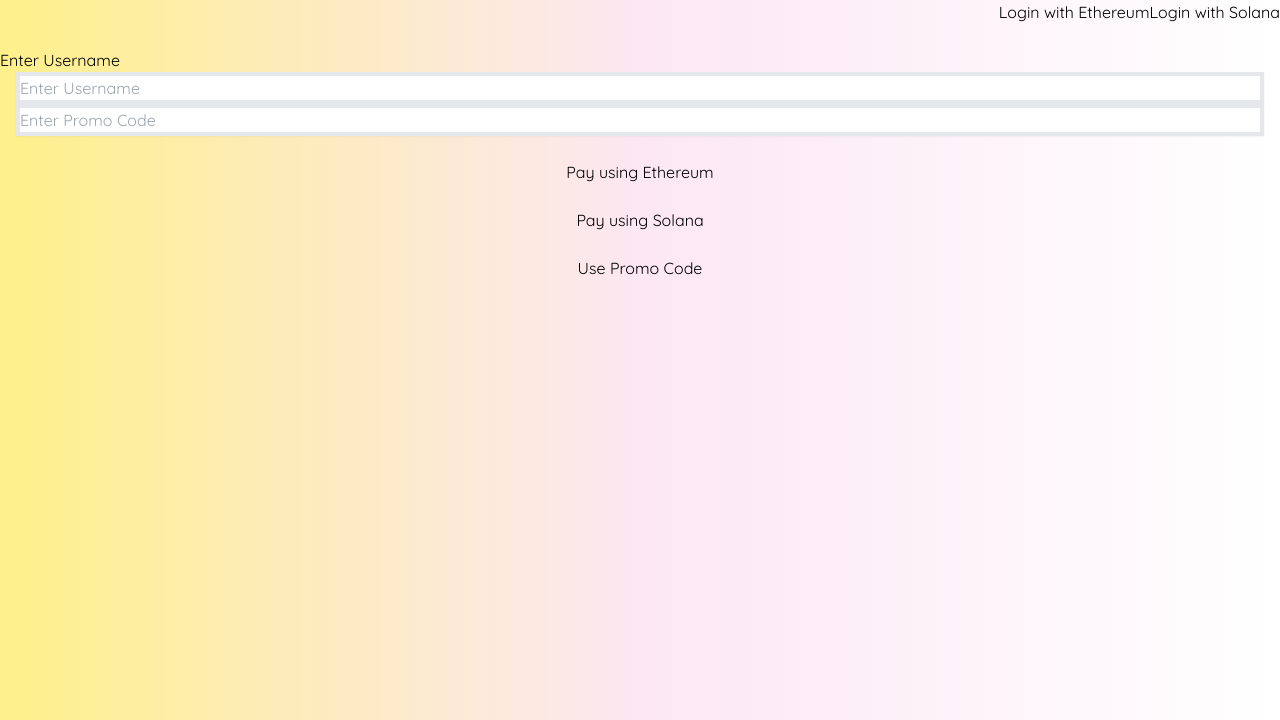
Repository: 22shivam/Polychain
Page: / (app in frontend/)
These files come from the project's save history. The page is drawn as it stood at one moment and after the next save; the edit follows.
The browser window is 1280 px wide. The pictures show the whole page.
The page's requests for data from a server got no answer. The project was rebuilt for these pictures with package versions that can differ from the ones it lists, and the page was loaded fresh each time. The framework's server and built-in components were replaced by stand-ins that run in the browser. No one was signed in, and anything a server would have sent is missing. Also part of the build but not shown: frontend/next.config.js.

Above is the page before, as saved 2022-01-01 11:38:43.

### frontend/pages/_app.js
import React from 'react';
import '../styles/globals.css'
import { useState, createContext } from 'react';

const UserContext = createContext({
  userAccount: "",
  setUserAccount: () => { }
});

function MyApp({ Component, pageProps }) {
  const [userAccount, setUserAccount] = useState({});
  const value = { userAccount, setUserAccount };
  console.log(userAccount)


  return (
    <UserContext.Provider value={value}>
      <Component {...pageProps} />
    </UserContext.Provider>
  )
}

export default MyApp
export { UserContext };

### frontend/pages/_document.js
import Document, { Html, Head, Main, NextScript } from 'next/document'

class MyDocument extends Document {
    render() {
        return (
            <Html>
                <Head>
                    <link rel="preconnect" href="https://fonts.googleapis.com" />
                    <link rel="preconnect" href="https://fonts.gstatic.com" crossorigin />
                    <link href="https://fonts.googleapis.com/css2?family=Quicksand:wght@300;400;500;600;700&display=swap" rel="stylesheet" />
                </Head>
                <body className='bg-gradient-to-r from-yellow-200 via-pink-100 to-pink-250'>
                    <Main />
                    <NextScript />
                </body>
            </Html>
        )
    }
}

export default MyDocument

### frontend/pages/index.js
import { useState, useEffect, useContext } from "react";
import transferSOL from "../lib/transferSol";
import transferEth from "../lib/transferEth";
import createPostRequest from "../lib/createPostRequest";
import { ethers } from "ethers";
import Link from 'next/link'
import getSolanaProvider from "../lib/getSolanaProvider";
import { UserContext } from "./_app";
import * as web3 from "@solana/web3.js";

export default function App() {
    console.log("rerendering")
    const [username, setUsername] = useState("")
    const [promoCode, setPromoCode] = useState("");
    const { userAccount, setUserAccount } = useContext(UserContext);

    const handleLogout = async () => {
        console.log(userAccount.blockchain)
        if (userAccount.blockchain == "sol") {
            window.solana.disconnect()
        }
        const response = await fetch("http://localhost:3001/logout", {
            credentials: 'include'
        })

        const processedResponse = await response.json()
        console.log(processedResponse)
        setUserAccount({})
    }

    useEffect(() => {
        // ask them to login either through solana or eth
        (async () => {
            console.log("fetching username details")
            const response = await fetch("http://localhost:3001/isLoggedIn", {
                credentials: 'include'
            })
            const processedResponse = await response.json()
            console.log("processedResponse", processedResponse)
            if (!processedResponse.isLoggedIn) {
                return console.log("please login first")
            } else {
                setUserAccount({ address: processedResponse.address, blockchain: processedResponse.blockchain })
            }
        })()
    }, [])

    useEffect(() => {
        if (window.ethereum) {
            window.ethereum.on('accountsChanged', handleLogout);
        }
        if (window.solana) {
            window.solana.on("disconnect", handleLogout)
        }
        return () => {
            if (window.ethereum) {
                window.ethereum.removeListener('accountsChanged', handleLogout);
            }
            if (window.solana) {
                window.solana.removeListener("disconnect", handleLogout);
            }
        }
    }, [])

    const registerUsingPromoCode = async (e) => {

        if (!window.ethereum)
            throw new Error("No Ethereum Crypto wallet found. Please install it.");
        // await window.ethereum.send("eth_requestAccounts");
        // const accounts = await window.ethereum.request({ method: 'eth_accounts' });
        if (!userAccount.address) {
            // ask them to login either through solana or eth
            return console.log("please login first")
        }

        const requestObject = {
            username,
            promoCode,
            address: userAccount.address,
            blockchain: userAccount.blockchain
        }

        try {
            const registrationResponse = await createPostRequest("http://localhost:3001/register/promo", requestObject)
            console.log(registrationResponse)
        } catch (err) { console.log("registration failed:", err) }

    }

    const registerUsingSolana = async (e) => {
        const coinbaseResponse = await fetch("https://api.coinbase.com/v2/exchange-rates")
        const data = await coinbaseResponse.json()
        const solPerUSD = data.data.rates.SOL
        const SOLpayValue = solPerUSD * 5
        const hash = await transferSOL(SOLpayValue, "AA6bqLgTzYPpFFH2R9XLdudibWcemLkKDRtZmPQEsEiS", setUserAccount);
        if (!hash) { return }

        const requestObject = {
            hash,
            username
        }

        try {
            const registrationResponse = await createPostRequest("http://localhost:3001/register/sol", requestObject)
            console.log(registrationResponse)
        } catch (err) { console.log("registration failed:", err) }


    }

    const registerUsingEthereum = async (e) => {
        // make get request to https://api.coinbase.com/v2/exchange-rates
        // get the USD value of ETH
        const coinbaseResponse = await fetch("https://api.coinbase.com/v2/exchange-rates")
        const data = await coinbaseResponse.json()
        const ethPerUSD = data.data.rates.ETH
        const ETHpayValue = ethPerUSD * 5

        const tx = await transferEth({
            ether: ETHpayValue.toString(),
            addr: "0x76aEB5092D8eabCec324Be739b8BA5dF473F0055"
        }, setUserAccount)
        if (!tx) { return }

        const requestObject = {
            tx,
            username
        }
        try {
            const registrationResponse = await createPostRequest("http://localhost:3001/register/eth", requestObject)
            console.log(registrationResponse)
        } catch (err) { console.log("registration failed:", err) }
    }

    const ethLogin = async (e) => {
        try {
            if (!window.ethereum)
                throw new Error("No Ethereum Crypto wallet found. Please install it.");
            // await window.ethereum.send("eth_requestAccounts");
            // const accounts = await window.ethereum.request({ method: 'eth_accounts' });
            const accounts = await window.ethereum.request({
                method: "wallet_requestPermissions",
                params: [{
                    eth_accounts: {}
                }]
            }).then(() => ethereum.request({
                method: 'eth_requestAccounts'
            }))
            // const accounts = await ethereum.request({ method: "eth_requestAccounts" })
            const provider = new ethers.providers.Web3Provider(window.ethereum);
            const signer = provider.getSigner();
            const message = `Logging in.... \n \n Random ID: ${Math.random().toString(36).slice(2)}`
            const signature = await signer.signMessage(message)
            const requestObject = {
                signature,
                message,
                address: accounts[0]
            }
            const loginResponse = await createPostRequest("http://localhost:3001/login/eth", requestObject)

            if (loginResponse.success) {
                setUserAccount({ address: accounts[0], blockchain: "eth" })
            }

            console.log(loginResponse)
        } catch (err) { console.log(err) }

    }

    const solLogin = async (e) => {
        try {
            const provider = await (async () => {
                if ("solana" in window) {
                    // await window.solana.request({ method: "disconnect" });
                    await window.solana.connect();
                    const provider = window.solana;
                    console.log("Is Phantom installed?  ", provider.isPhantom);
                    return provider
                } else {
                    window.open("https://www.phantom.app/", "_blank");
                }
            })()
            const message = `Logging in.... \n \n Random ID: ${Math.random().toString(36).slice(2)}`
            const encodedMessage = new TextEncoder().encode(message);
            const signedMessage = await window.solana.signMessage(encodedMessage, "utf8")
            console.log(JSON.parse(JSON.stringify(signedMessage.publicKey)).toString())
            console.log(signedMessage.publicKey.toBase58()) // returns publickey in base58.
            console.log(new web3.PublicKey(signedMessage.publicKey.toBase58()))
            console.log(Object.getPrototypeOf(signedMessage.publicKey))
            console.log(signedMessage.publicKey)
            console.log(signedMessage.publicKey)
            console.log(signedMessage.publicKey._bn)
            console.log(signedMessage)
            console.log(JSON.stringify(signedMessage))


            const requestObject = {
                signedMessage: signedMessage,
                message,
                address: signedMessage.publicKey.toBytes(),
                publicKey: signedMessage.publicKey.toBase58()

            }
            const loginResponse = await createPostRequest("http://localhost:3001/login/sol", requestObject)

            if (loginResponse.success) {
                setUserAccount({ address: signedMessage.publicKey.toString(), blockchain: "sol" })
            }

            console.log(loginResponse)
        } catch (err) { console.log(err) }
    }


    return (
        <div className="flex flex-col">
            <div className="flex flex-row" id="nav_bar">
                <div className="grow-0" id="left_nav_bar"> </div>
                <div className="grow" id="spacer">  </div>
                <div className="grow-0" id="right_nav_bar">
                    {userAccount.address ?
                        <div>
                            <h1><Link href="/dashboard">Dashboard</Link></h1>
                            <button onClick={handleLogout}>Logout</button>
                        </div>
                        : (
                            <div>
                                <button onClick={ethLogin}>Login with Ethereum</button>
                                <button onClick={solLogin}>Login with Solana</button>

                            </div>
                        )}


                </div>
            </div>

            <br />
            <h1> Enter Username </h1>
            <input value={username} onChange={(e) => { setUsername(e.target.value) }} className="shadow-sm mr-4 ml-4 border-4" name="ether" type="text" placeholder="Enter Username" />
            <input value={promoCode} onChange={(e) => { setPromoCode(e.target.value) }} className="shadow-sm mr-4 ml-4 border-4" name="ether" type="text" placeholder="Enter Promo Code" />
            <br />
            <button onClick={registerUsingEthereum}>Pay using Ethereum</button>
            <br />
            <button onClick={registerUsingSolana}>Pay using Solana</button>
            <br />
            <button onClick={registerUsingPromoCode}>Use Promo Code</button>
        </div>

    );
}

### frontend/styles/globals.css
@tailwind base;
@tailwind components;
@tailwind utilities;

html,
body {
  padding: 0;
  margin: 0;
  font-family: Quicksand, -apple-system, BlinkMacSystemFont, Segoe UI, Roboto, Oxygen,
    Ubuntu, Cantarell, Fira Sans, Droid Sans, Helvetica Neue, sans-serif;
}

a {
  color: inherit;
  text-decoration: none;
}

* {
  box-sizing: border-box;
}

### frontend/lib/transferSol.js
import getSolanaProvider from "./getSolanaProvider";
import * as web3 from '@solana/web3.js';

export default async function transferSOL(solAmount, toAddr, setUserAccount) {
    // Detecing and storing the phantom wallet of the user (creator in this case)
    var provider = await getSolanaProvider();

    // Establishing connection
    var connection = new web3.Connection(
        web3.clusterApiUrl('devnet'), // change to mainnet-beta when deploying
    );
    var recieverWallet = new web3.PublicKey(toAddr);
    console.log("pblickey of sender", provider.publicKey)
    var transaction = new web3.Transaction().add(
        web3.SystemProgram.transfer({
            fromPubkey: provider.publicKey,
            toPubkey: recieverWallet,
            lamports: solAmount * web3.LAMPORTS_PER_SOL
        }),
    );

    // Setting the variables for the transaction
    transaction.feePayer = await provider.publicKey;
    let blockhashObj = await connection.getRecentBlockhash();
    transaction.recentBlockhash = await blockhashObj.blockhash;
    // Request creator to sign the transaction (allow the transaction)
    let signed = await provider.signTransaction(transaction);
    // The signature is generated
    let hash = await connection.sendRawTransaction(signed.serialize());
    console.log(hash)
    // Confirm whether the transaction went through or not
    if (setUserAccount) {
        setUserAccount({ address: provider.publicKey, blockchain: "sol" })
    }
    await connection.confirmTransaction(hash);
    return hash
}

### frontend/lib/transferEth.js
import { ethers } from 'ethers'
import { toBn } from 'evm-bn';

const transferEth = async ({ ether, addr }, setUserAccount) => {
    try {
        if (!window.ethereum)
            throw new Error("No crypto wallet found. Please install it.");

        const accounts = await ethereum.request({ method: "eth_requestAccounts" })
        // await window.ethereum.request({ method: 'eth_accounts' });
        const provider = new ethers.providers.Web3Provider(window.ethereum);
        const signer = provider.getSigner();
        const tx = await signer.sendTransaction({
            to: addr,
            value: toBn(ether)
        });
        if (setUserAccount) {
            setUserAccount({ address: accounts[0], blockchain: "eth" })
        }
        return tx
    } catch (err) {
        alert(err.message)
    }
};

export default transferEth

### frontend/lib/createPostRequest.js

const createPostRequest = async (url, requestObject) => {
    const response = await fetch(url, {
        method: 'POST', // *GET, POST, PUT, DELETE, etc.
        mode: 'cors', // no-cors, *cors, same-origin
        cache: 'no-cache', // *default, no-cache, reload, force-cache, only-if-cached
        credentials: 'include', // include, *same-origin, omit
        headers: {
            'Content-Type': 'application/json'
            // 'Content-Type': 'application/x-www-form-urlencoded',
        },
        redirect: 'follow', // manual, *follow, error
        referrerPolicy: 'no-referrer', // no-referrer, *no-referrer-when-downgrade, origin, origin-when-cross-origin, same-origin, strict-origin, strict-origin-when-cross-origin, unsafe-url
        body: JSON.stringify(requestObject) // body data type must match "Content-Type" header
    });

    const processedResponse = await response.json();

    return processedResponse
}

export default createPostRequest;

### frontend/lib/getSolanaProvider.js
const getSolanaProvider = async () => {
    if ("solana" in window) {
        await window.solana.connect();
        const provider = window.solana;
        if (provider.isPhantom) {
            console.log("Is Phantom installed?  ", provider.isPhantom);
            return provider;
        }
    } else {
        window.open("https://www.phantom.app/", "_blank");
    }
};

export default getSolanaProvider;

Loaded but not shown: frontend/tailwind.config.js (common file)

After the next save:
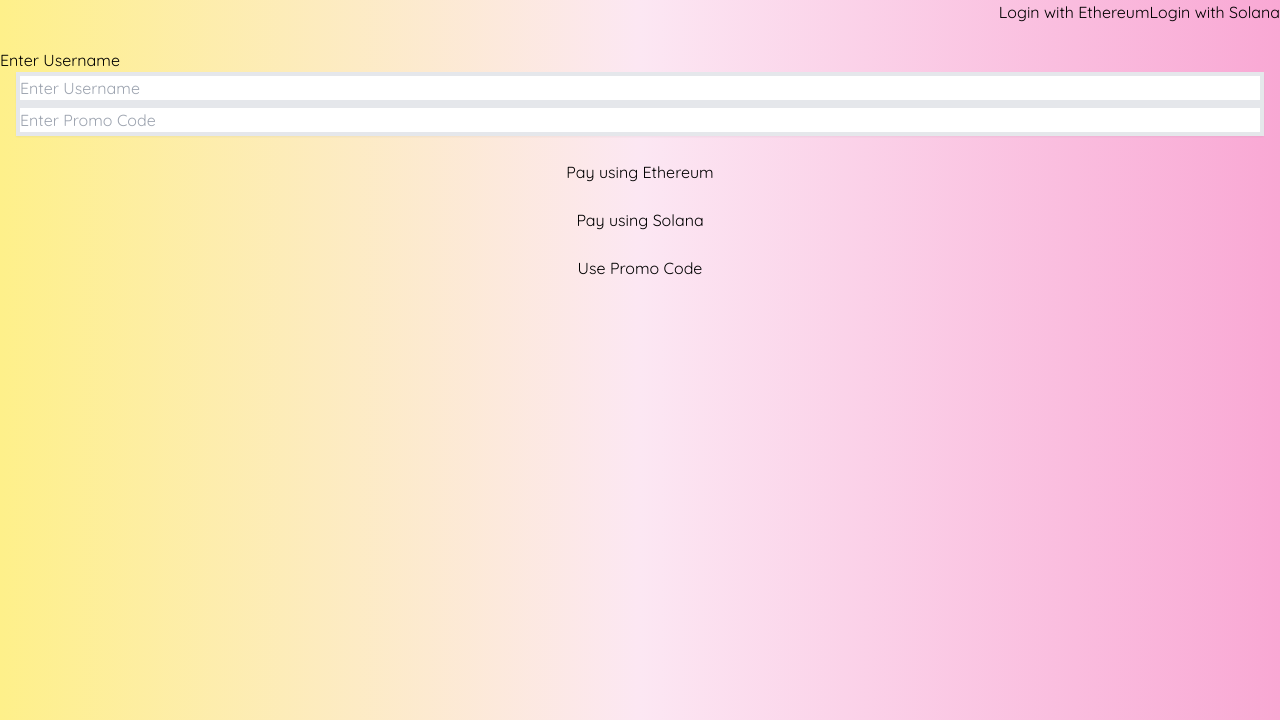
Saved 6 s later.
--- a/frontend/pages/_document.js
+++ b/frontend/pages/_document.js
@@ -9,7 +9,7 @@ class MyDocument extends Document {
                     <link rel="preconnect" href="https://fonts.gstatic.com" crossorigin />
                     <link href="https://fonts.googleapis.com/css2?family=Quicksand:wght@300;400;500;600;700&display=swap" rel="stylesheet" />
                 </Head>
-                <body className='bg-gradient-to-r from-yellow-200 via-pink-100 to-pink-250'>
+                <body className='bg-gradient-to-r from-yellow-200 via-pink-100 to-pink-300'>
                     <Main />
                     <NextScript />
                 </body>
